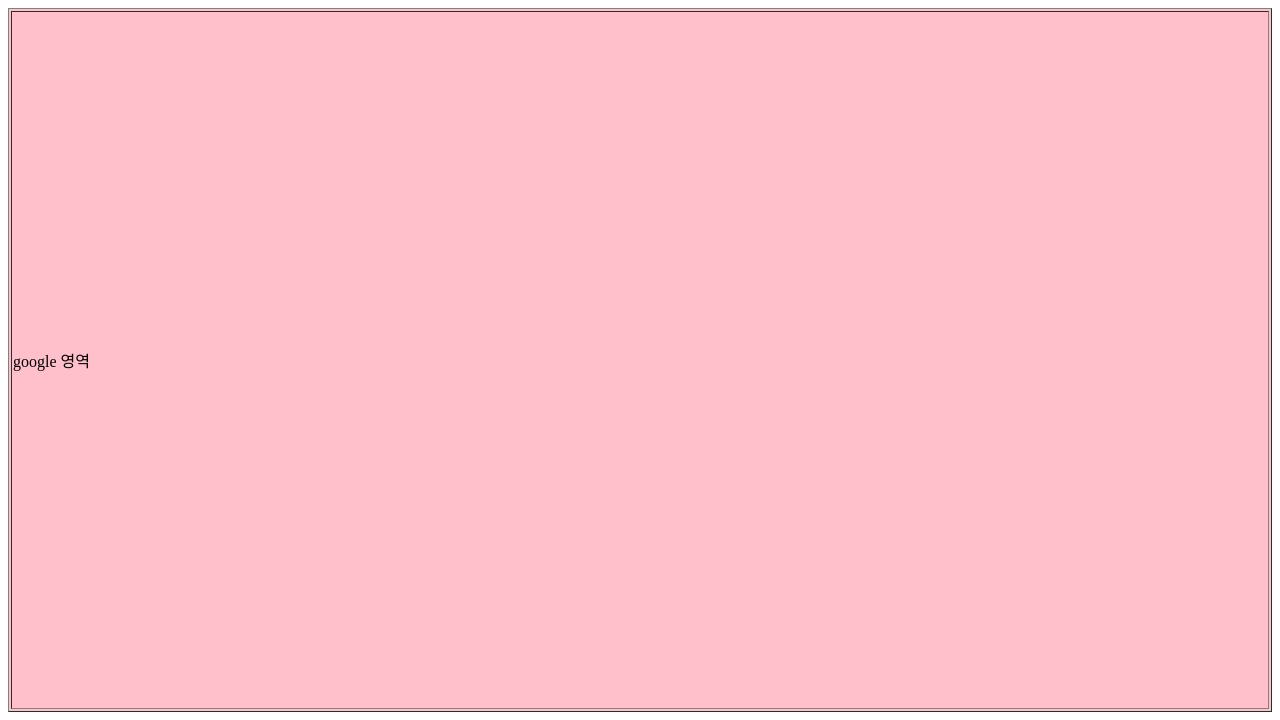
Repository: Kojonghoon/Workspace_java
Page: http://localhost/20221228/ajax/news/google.jsp
An editor plug-in stored every save of this project. The page is shown before and after the next save, followed by the edit.
The browser window is 1280 px wide. The pictures show the whole page.
The page is served by Tomcat 9. Other server files are loaded and not shown.

Above is the page before, as saved 2023-02-10 02:56:45.

### 20221228/src/main/webapp/ajax/news/google.jsp
<%@ page language="java" contentType="text/html; charset=UTF-8"
    pageEncoding="UTF-8"%>
<table border="1" width="100%" height="100%"style="background-color: pink">
	<tr>
		<td>google 영역</td>
	</tr>
</table>

After the next save:
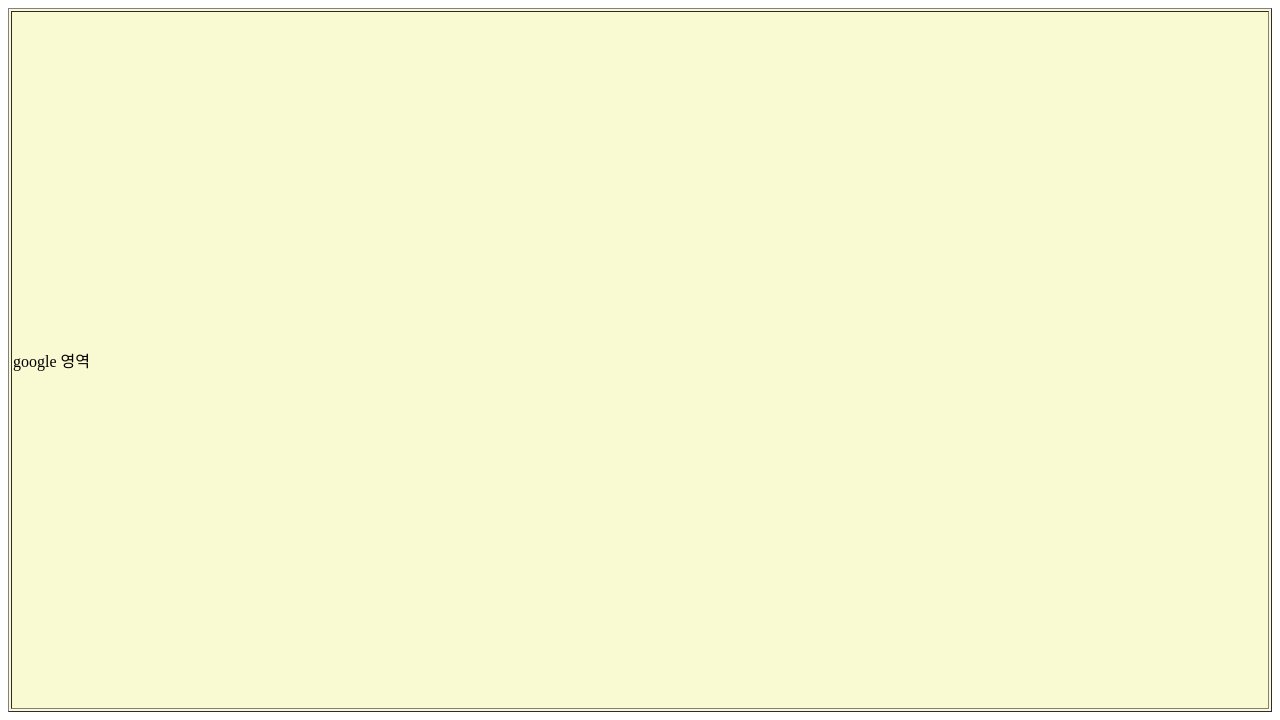
Saved 6 s later.
--- a/20221228/src/main/webapp/ajax/news/google.jsp
+++ b/20221228/src/main/webapp/ajax/news/google.jsp
@@ -1,7 +1,7 @@
 <%@ page language="java" contentType="text/html; charset=UTF-8"
     pageEncoding="UTF-8"%>
-<table border="1" width="100%" height="100%"style="background-color: pink">
-	<tr>
-		<td>google 영역</td>
-	</tr>
+<table border="1" width="100%" height="100%" style = "background-color:lightgoldenrodyellow">
+  <tr>
+    <td>google 영역</td>
+  </tr>
 </table>
